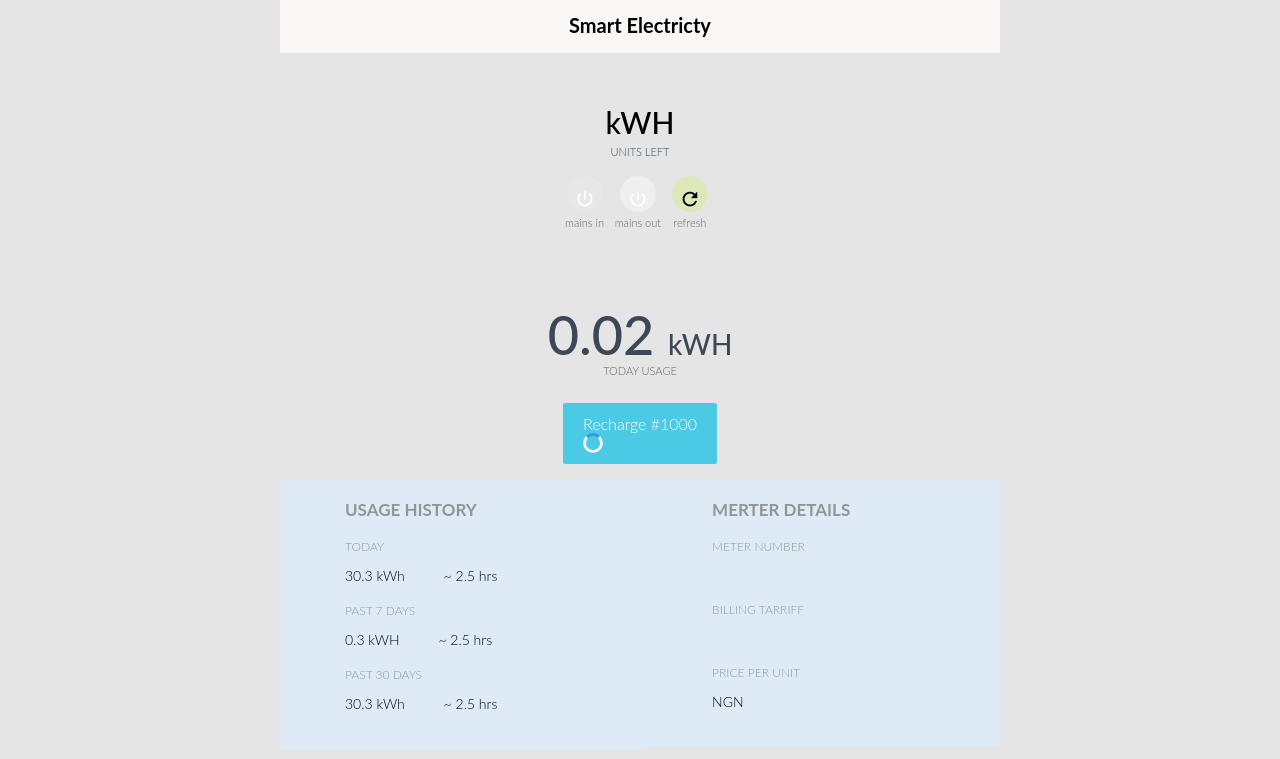
Repository: stefnnT/eko-smart-meter-hackathon
Page: subscriber.html
The author's editor kept a copy of each file at every save. The page is drawn from the files as they stood at one save, then again after the next save.
The browser window is 1280 px wide. The pictures show the whole page.
The page's requests for data from a server got no answer. Some web libraries are served in a nearby version.

Above is the page before, as saved 2020-09-04 13:37:47.
Not found: assets/assets-for-demo/vertical-nav.css

### subscriber.html
<!DOCTYPE html>
<html lang="en">
  <head>
    <meta charset="utf-8" />
    <link rel="apple-touch-icon" sizes="76x76" href="assets/img/apple-icon.png">
    <!-- <link rel="icon" type="image/png" href="assets/img/favicon.png"> -->
    <meta http-equiv="X-UA-Compatible" content="IE=edge,chrome=1" />

    <title>Dashboard</title>

    <meta content='width=device-width, initial-scale=1.0, maximum-scale=1.0, user-scalable=0' name='viewport' />

    <!--     Fonts and icons     -->
    <link rel="stylesheet" type="text/css" href="https://fonts.googleapis.com/css?family=Roboto:300,400,500,700|Roboto+Slab:400,700|Material+Icons" />
    <link rel="stylesheet" href="https://maxcdn.bootstrapcdn.com/font-awesome/latest/css/font-awesome.min.css" />

    <!-- CSS Files -->
      <link href="assets/css/bootstrap.min.css" rel="stylesheet" />
      <link href="assets/css/material-kit.css?v=1.2.1" rel="stylesheet"/>

    <!-- CSS Just for demo purpose, don't include it in your project -->
      <link href="assets/assets-for-demo/vertical-nav.css" rel="stylesheet" />

      <link rel="stylesheet" href="style2.css">

  </head>

  <body class="">
    <div class="dashboard">
      <div class="dashboard__header">
          <div class="dashboard__hamburger">
              <!-- <img src="mdLabs.jpg"> -->
          </div>
          <div class="dashboard__title">
              Smart Electricty
          </div>
          <div class="dashboard__notifications">
              <!-- <img src="assets/images/notifications.png"> -->
          </div>
      </div>

      <div class="dashboard__summary">
          <div class="dashboard__percent">
              <span id="units-left" class="dashboard__percent-number">
                  <!-- 40 -->
              </span>
              <span class="dashboard__percent-symbol">
                  kWH
              </span>
          </div>
          <div class="dashboard__percent-sub">
              UNITS LEFT
          </div>
          <ul class="dashboard__summary-icons">
              <li class="dashboard__summary-icon-item">
                  <button disabled id="mains-in" class="dashboard__summary-icon">
                      <img src="assets/img/power.png">
                  </button>
                  <div class="dashboard__summary-text">
                    mains in
                  </div>

              </li>
              <li class="dashboard__summary-icon-item">
                <button id="mains-out" id="toggle-mains" class="dashboard__summary-icon">
                    <img src="assets/img/power.png">
                </button>
                <div class="dashboard__summary-text"  >
                    mains out
                </div>
              </li>

              <li class="dashboard__summary-icon-item">
                <button id="refresh" class="dashboard__summary-icon dashboard__summary-icon--bg-yellow"
                     ng-click="vm.refreshStatus()">
                      <img src="assets/img/refresh.png">
                </button>
                  <div class="dashboard__summary-text">
                      refresh
                  </div>
              </li>
          </ul>
      </div>

      <!-- <div class="dashboard__cta">
          <a class="app-btn app-btn--inverted" ng-click="vm.logout()">
            Logout
          </a>
      </div> -->

      <div class="profile">
        <div class="profile__header">
          <div class="profile__percent">
            <span id="day-usage">0.02 </span>
            <span class="profile__percent-symbol">kWH</span>
              </div>
              <div class="profile__percent-info">
                TODAY USAGE
              </div>
              <div class="dashboard__cta">
                <button style="text-align: center;" class="app-btn" ui-sref="devices.map">
                    <div> Recharge #1000 </div>
                    <div class="loader"></div>
                </button>
              </div>
          </div>
          <div class="grid pro ">
            <div class="profile__body">
              <ul class="profile__periods">
                  <li class="profile__period period">

                      <div class="period__duration duration">
                          <div class="duration__title">
                              USAGE HISTORY
                          </div>
                          <div class="duration__label">
                              TODAY
                          </div>
                          <div class="duration__slider">
                              <div class="duration__slider-value">
                                  30.3 kWh <span class="time">~ 2.5 hrs</span>
                              </div>
                          </div>
                          <div class="duration__label">
                              PAST 7 DAYS
                          </div>
                          <div class="duration__slider">
                              <div class="duration__slider-value">
                                  0.3 kWH <span class="time">~ 2.5 hrs</span>
                              </div>
                          </div>
                          <div class="duration__label">
                              PAST 30 DAYS
                          </div>
                          <div class="duration__slider">
                              <rzslider rz-slider-model="period.endTimeValue"
                                        rz-slider-options="period.options"></rzslider>
                              <div class="duration__slider-value">
                                  30.3 kWh <span class="time">~ 2.5 hrs</span>
                              </div>
                          </div>
                      </div>
                      <!-- <div class="period__state" ng-class="'period__state--' + period.theme"
                          ng-show="period.appliances.length === 0">
                          No Devices Added
                      </div>
                      <div class="period__appliances-wrapper" ng-hide="period.appliances.length === 0">
                          <div class="period__appliances-title">
                              Appliances
                          </div>
                          <ul class=period__appliances>
                              <li ng-repeat="appliance in period.appliances" class="period__appliance">
                                  <div class="period__appliance-block">
                                      {{appliance.name}} {{appliance.quantity}}
                                  </div>
                              </li>
                          </ul>
                          <div class="period__allocation-wrapper"
                              ng-class="'period__allocation-wrapper--' + period.theme">
                              <div class="period__allocation-title">
                                  TOTAL BATTERY ALLOCATED
                              </div>
                              <div class="period__allocation">
                                  {{period.percent}}%
                              </div>
                          </div>
                      </div> -->
                  </li>
              </ul>
            </div>
            <div class="profile__body">
                <ul class="profile__periods">
                    <li class="profile__period period">

                        <div class="period__duration duration">
                            <div class="duration__title">
                                MERTER DETAILS
                            </div>
                            <div class="duration__label">
                                METER NUMBER
                            </div>
                            <div class="duration__slider">
                              <div id="meter-number" class="duration__slider-value">
                                  <!-- 123456789 -->
                              </div>
                            </div>
                            <div class="duration__label">
                                BILLING TARRIFF
                            </div>
                            <div class="duration__slider">
                              <div id="billing-tarriff" class="duration__slider-value">
                                  <!-- Residential single phase -->
                              </div>
                            </div>
                            <div class="duration__label">
                                PRICE PER UNIT
                            </div>
                            <div class="duration__slider">
                              <div class="duration__slider-value">
                                  NGN <span id="unit-price"></span>
                              </div>
                            </div>
                        </div>
                        <!-- <div class="period__state" ng-class="'period__state--' + period.theme"
                            ng-show="period.appliances.length === 0">
                            No Devices Added
                        </div>
                        <div class="period__appliances-wrapper" ng-hide="period.appliances.length === 0">
                            <div class="period__appliances-title">
                                Appliances
                            </div>
                            <ul class=period__appliances>
                                <li ng-repeat="appliance in period.appliances" class="period__appliance">
                                    <div class="period__appliance-block">
                                        {{appliance.name}} {{appliance.quantity}}
                                    </div>
                                </li>
                            </ul>
                            <div class="period__allocation-wrapper"
                                ng-class="'period__allocation-wrapper--' + period.theme">
                                <div class="period__allocation-title">
                                    TOTAL BATTERY ALLOCATED
                                </div>
                                <div class="period__allocation">
                                    {{period.percent}}%
                                </div>
                            </div>
                        </div> -->
                    </li>
                </ul>
            </div>
          </div>
      </div>
    </div>
  </body>

  <script src="app2.js"></script>

</html>

Loaded but not shown: assets/css/bootstrap.min.css (library); assets/css/material-kit.css (library); app2.js (120 lines, source omitted); style2.css (950 lines, source omitted)

After the next save:
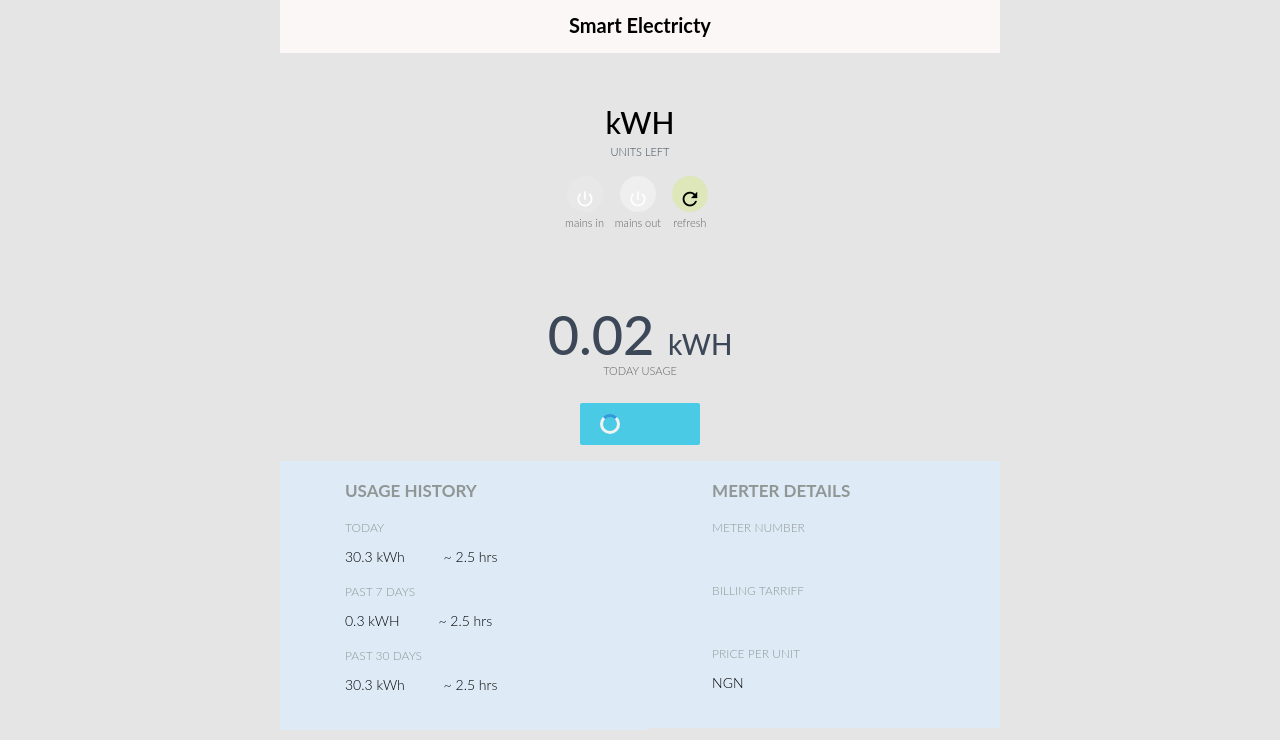
Saved 8 s later.
--- a/subscriber.html
+++ b/subscriber.html
@@ -99,7 +99,7 @@
               </div>
               <div class="dashboard__cta">
                 <button style="text-align: center;" class="app-btn" ui-sref="devices.map">
-                    <div> Recharge #1000 </div>
+                    <div class="hide"> Recharge #1000 </div>
                     <div class="loader"></div>
                 </button>
               </div>

After the save that followed:
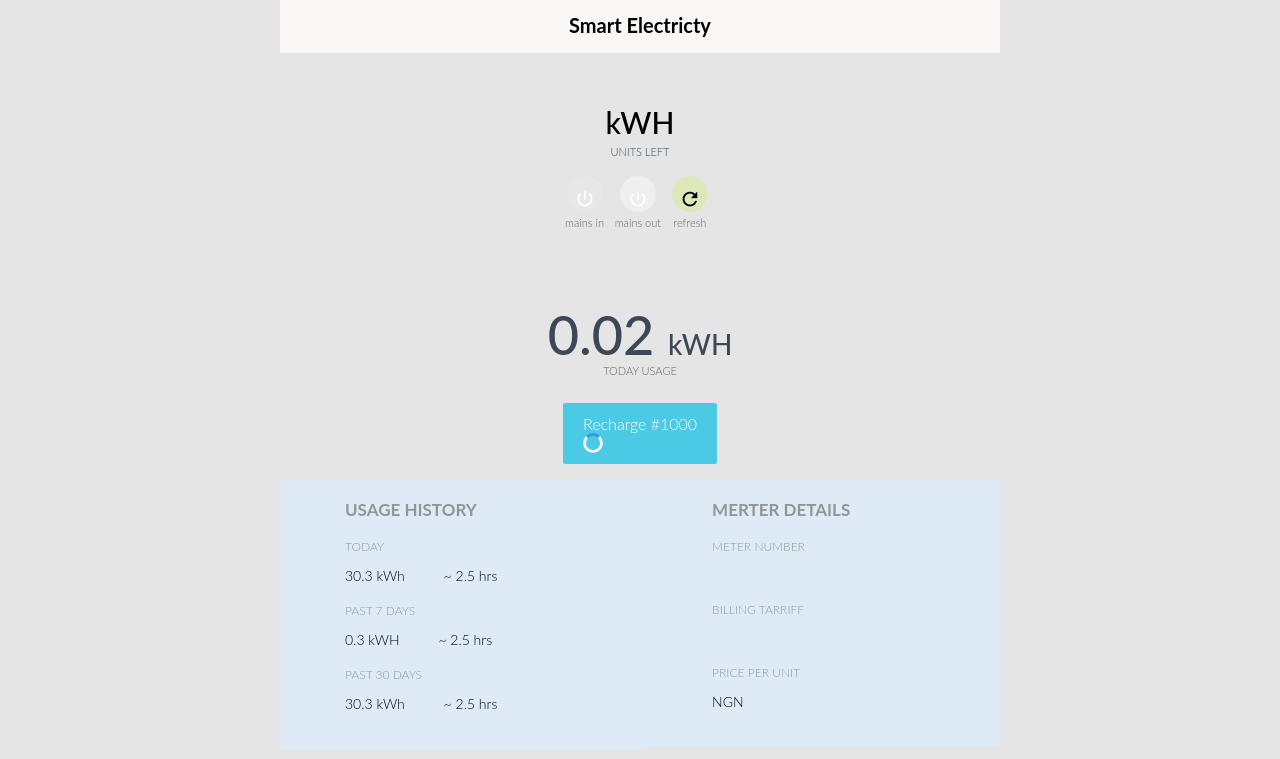
Saved 6 s later.
--- a/subscriber.html
+++ b/subscriber.html
@@ -99,7 +99,7 @@
               </div>
               <div class="dashboard__cta">
                 <button style="text-align: center;" class="app-btn" ui-sref="devices.map">
-                    <div class="hide"> Recharge #1000 </div>
+                    <div class=""> Recharge #1000 </div>
                     <div class="loader"></div>
                 </button>
               </div>
